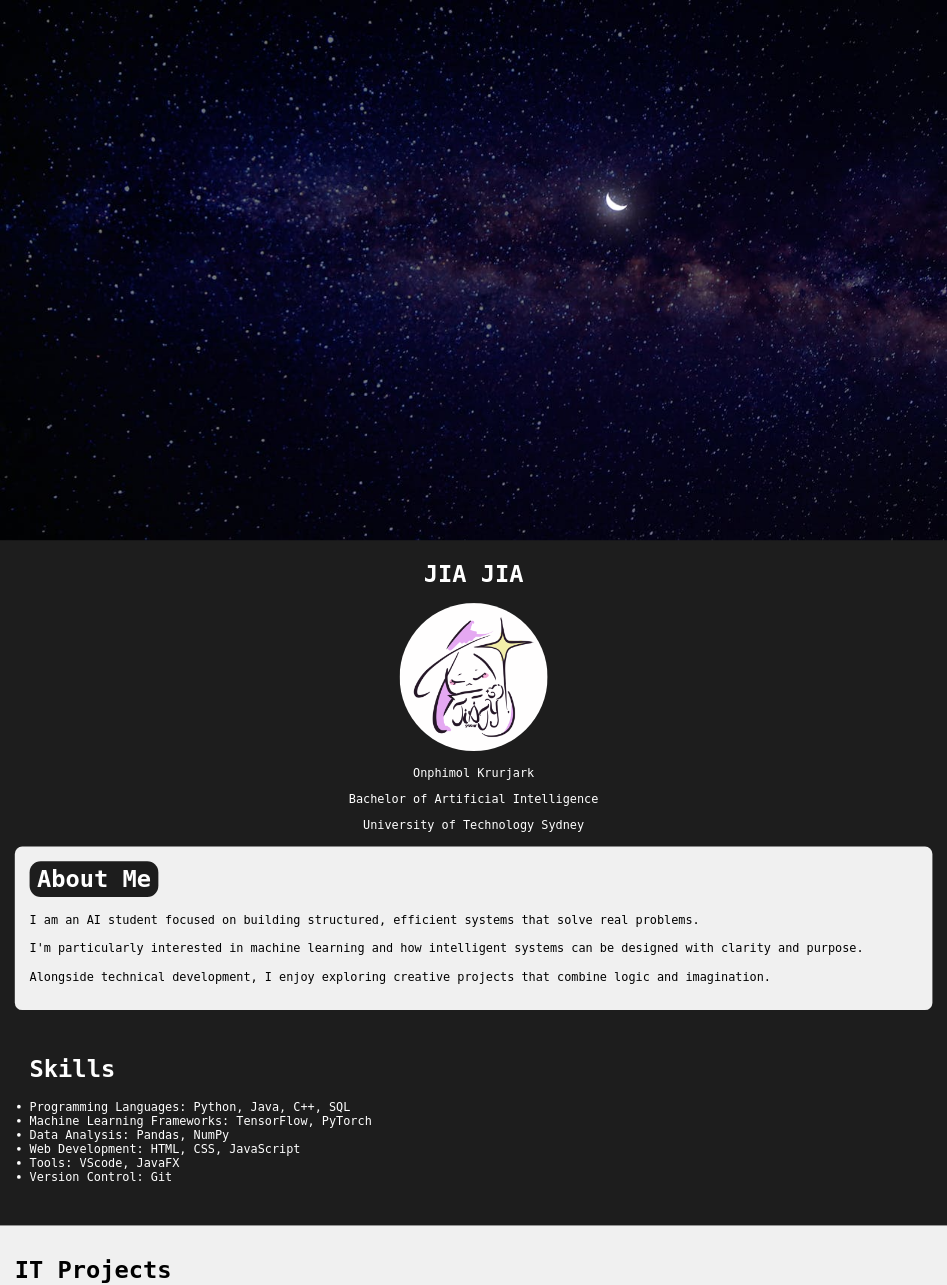
Repository: JMauve2233248/JiajyStudio
Page: ITprojects.html
The author's editor kept a copy of each file at every save. The page is drawn from the files as they stood at one save, then again after the next save.
The browser window is 1280 px wide. The pictures show the part of the page from y = 0 to 1736 px (the page is 3275 px tall), at 74% of full size.
A picture or video elsewhere on the page could not be fetched, so the positions and the page height are approximate.

Above is the page before, as saved 2026-03-03 13:16:50.

### ITprojects.html
<!DOCTYPE html>
<html lang="en">
    <head>
        <meta charset="UTF-8" />
        <meta name="viewport" content="width=device-width, initial-scale=1.0" />
        <title>IT Portfolio</title>
        <link rel="stylesheet" href="styles.css" />
    </head>
    <body>
        <!--Header image-->
        <img src="images/header.png" alt="Header Image" class="header-image" />

        <!--Header-->
        <div class="IT_header">
            <h1>JIA JIA</h1>
            <img src="images/logo.png" alt="Logo" class="logo" />
            <p>Onphimol Krurjark</p>
            <p>Bachelor of Artificial Intelligence</p>
            <p>University of Technology Sydney</p>
        </div>

        <!--About me-->
        <div class="about-me">
            <h1>About Me</h1>
            <p>I am an AI student focused on building structured, efficient systems that solve real problems.<br>
                <br>I'm particularly interested in machine learning and how intelligent systems can be designed with clarity and purpose.<br>
                <br>Alongside technical development, I enjoy exploring creative projects that combine logic and imagination.</p>
        </div>

        <!--Skills-->
        <div class="skills">
            <h1>Skills</h1>
            <ul class="skills-list">
                <li>Programming Languages: Python, Java, C++, SQL</li>
                <li>Machine Learning Frameworks: TensorFlow, PyTorch</li>
                <li>Data Analysis: Pandas, NumPy</li>
                <li>Web Development: HTML, CSS, JavaScript</li>
                <li>Tools: VScode, JavaFX</li>
                <li>Version Control: Git</li>
            </ul>
        </div>

        <!--IT Projects-->
        <div class="ITprojects">
            <h1>IT Projects</h1>
            <div class="project_left">
                <img src="images/project1.png" alt="Project 1" class="project-image_left" />
                <h2>Project 1: AI Chatbot</h2>
                <p>Developed an AI chatbot using Python and TensorFlow that can understand and respond to user queries in natural language.</p>
                <a href="project1.github.io" target="_blank">View Project</a>
            </div>
            <div class="project_right">
                <img src="images/project2.png" alt="Project 2" class="project-image_right" />
                <h2>Project 2: Data Analysis Dashboard</h2>
                <p>Created a data analysis dashboard using JavaScript and D3.js to visualize complex datasets in an interactive way.</p>
                <a href="project2.github.io" target="_blank">View Project</a>
            </div>
            <div class="project_left">
                <img src="images/project3.png" alt="Project 3" class="project-image_left" />
                <h2>Project 3: Web Application</h2>
                <p>Built a web application using HTML, CSS, and JavaScript that allows users to track their fitness goals and progress.</p>
                <a href="project3.github.io" target="_blank">View Project</a>
            </div>
        </div>

        <!--Contact-->
        <div class="contact">
            <h1>Contact</h1>
            <p>Email: OnphimolK@gmail.com</p>
            <p>Github: </p>
            <p>LinkedIn: </p>
        </div>
    </body>

    <footer>
        <p>&copy; 2026 Jiajy Studio. All rights reserved.</p>
    </footer>
</html>

### styles.css
:root {
    /* Define color variables */
    /* Dark Mode*/
    --background-color: #1D1D1D; /*Dark Blue*/
    --purple-color: #3F3381; /*Purple*/
}

body {
    font-family: 'Monospace', 'Lucida Sans', 'Lucida Sans Regular', 'Lucida Grande', 'Lucida Sans Unicode', Geneva, Verdana, sans-serif;
    background-color: var(--background-color);
    color: white;
    margin: 0;
}

/*Navigation Bar*/
.navbar {
    position: sticky;
    padding: 20px;
    top: 0;
    background-color: white;
}

nav ul {
    list-style-type: none;
    margin: 0;
    padding: 0;
    overflow: hidden;
}

/*ITprojects.html*/
.header-image {
    width: 100%;
    height: auto;

}

.IT_header {
    text-align: center;
}

.logo {
    width: auto;
    height: 200px;
    border-radius: 50%;
}

.about-me {
    margin: 20px;
    padding: 20px;
    background-color: #f0f0f0;
    color: black;
    border-radius: 10px;
}

.about-me h1 {
    margin-top: 0;
    background-color: var(--background-color);
    color: white;
    width: fit-content;
    padding: 5px 10px;
    border-radius: 15px;
}

.skills {
    margin: 20px;
    padding: 20px;
}

.skills-list {
    list-style-type: url(images/List-star.png);
    padding: 0;
}

.ITprojects {
    margin:0;
    padding: 20px;
    background-color: #f0f0f0;
    color: black;
}

After the next save:
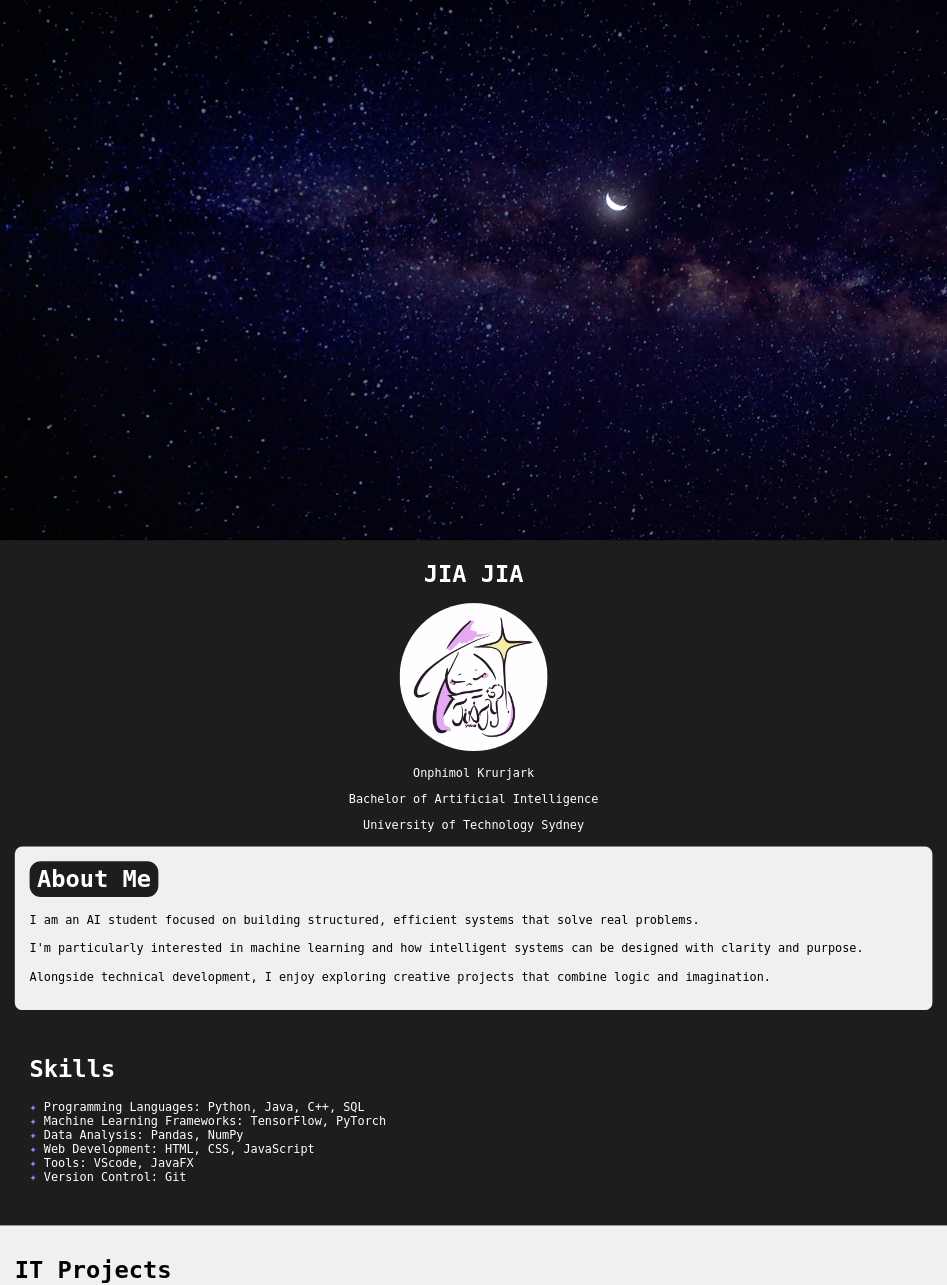
Saved 4 min 6 s later.
--- a/styles.css
+++ b/styles.css
@@ -3,6 +3,7 @@
     /* Dark Mode*/
     --background-color: #1D1D1D; /*Dark Blue*/
     --purple-color: #3F3381; /*Purple*/
+    --purple-glow-color: #a875fa; /*Lighter Purple for Glow Effect*/
 }
 
 body {
@@ -67,8 +68,13 @@
 }
 
 .skills-list {
-    list-style-type: url(images/List-star.png);
+    list-style-type: none;
     padding: 0;
+}
+
+.skills-list li::before {
+    content: "✦ ";
+    color: var(--purple-glow-color);
 }
 
 .ITprojects {
